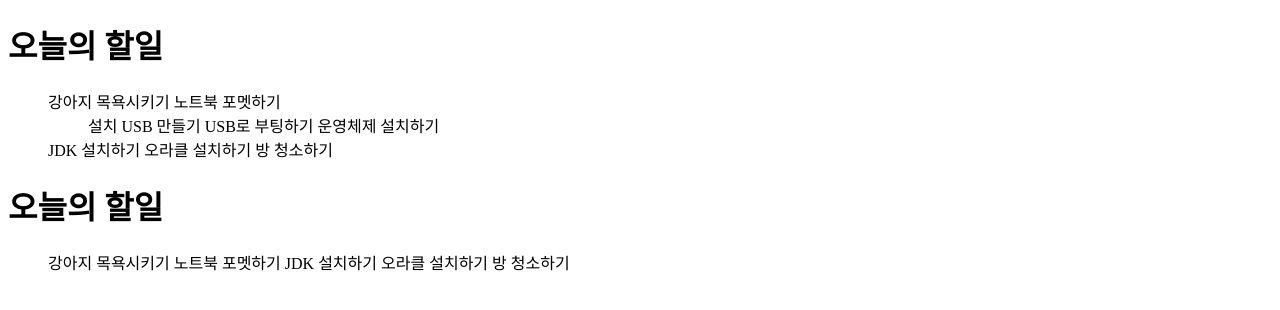
Repository: zzzzzzin/Client
Page: ClientTest/src/main/webapp/html/ex11_list.html
These files come from the project's save history. The page is drawn as it stood at one moment and after the next save; the edit follows.
The browser window is 1280 px wide. The pictures show the whole page.

Above is the page before, as saved 2024-03-13 01:40:03.

### ClientTest/src/main/webapp/html/ex11_list.html
<!DOCTYPE html>
<html>
<head>
<meta charset="EUC-KR">
<title>ex11_list</title>
<style>
	ol > li, ul > li {
		display: inline;
	}
</style>
</head>
<body>
	<!--
		List, 목록
		1. <ol> + <li>
			- <ol>: Ordered List, 순서가 있는 목록
			- <li>: List Item, 항목

		2. <ul> + <li>
			- <ul>: Unodered List, 순서가 없는 목록
			- <li>: List Item, 항목

		3. <dl> + <dt> + <dd>




	-->
	<h1>오늘의 할일</h1>
	<ol type="A">
		<li>강아지 목욕시키기</li>
		<li>
			노트북 포멧하기
			<ol type="a">
				<li>설치 USB 만들기</li>
				<li>USB로 부팅하기</li>
				<li>운영체제 설치하기</li>
			</ol>
		</li>
		<li type="1">JDK 설치하기</li><!-- 권장하지 않음! -->
		<li>오라클 설치하기</li>
		<li>방 청소하기</li>
	</ol>

	<!-- 쩜 > bullet -->
	<h1>오늘의 할일</h1>
	<ul type="circle">
		<li>강아지 목욕시키기</li>
		<li>노트북 포멧하기</li>
		<li>JDK 설치하기</li>
		<li>오라클 설치하기</li>
		<li>방 청소하기</li>
	</ul>
</body>
</html>

After the next save:
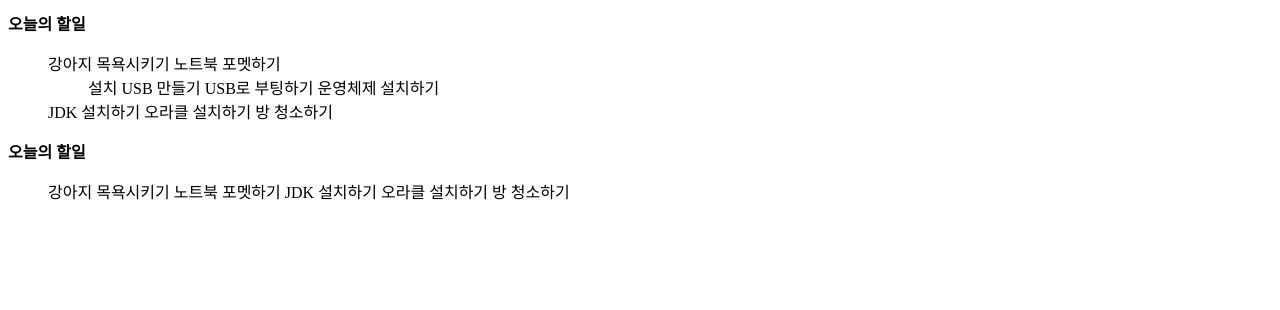
Saved 106 s later.
--- a/ClientTest/src/main/webapp/html/ex11_list.html
+++ b/ClientTest/src/main/webapp/html/ex11_list.html
@@ -4,6 +4,12 @@
 <meta charset="EUC-KR">
 <title>ex11_list</title>
 <style>
+
+	h1 {
+		font-weight: nomal;
+		font-size:16px;
+	}
+
 	ol > li, ul > li {
 		display: inline;
 	}
